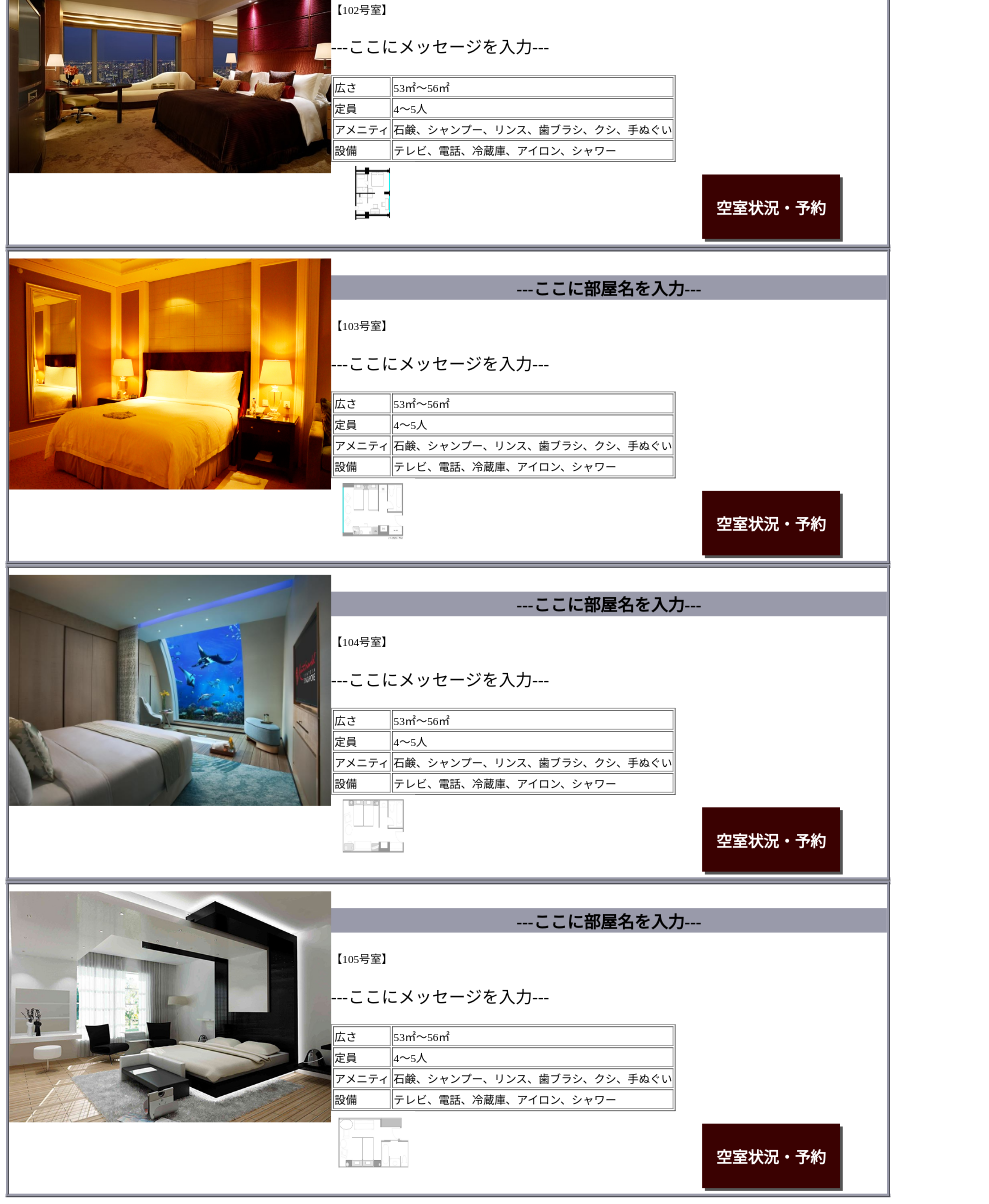
Repository: sep-dev/hotel_site
Page: http://localhost/HOTEL_IZUMI/vip
An editor plug-in stored every save of this project. The page is shown before and after the next save, followed by the edit.
The browser window is 1280 px wide. The page is 1413 px wide, so the pictures cover 1413 px, including what lies to the right of the window. The pictures show the part of the page from y = 645 to 2365 px (the page is 2478 px tall before and 2538 px after), at 70% of full size.
The page is served by Tomcat 9.

Above is the page before, as saved 2016-05-26 00:42:23.

After the next save:
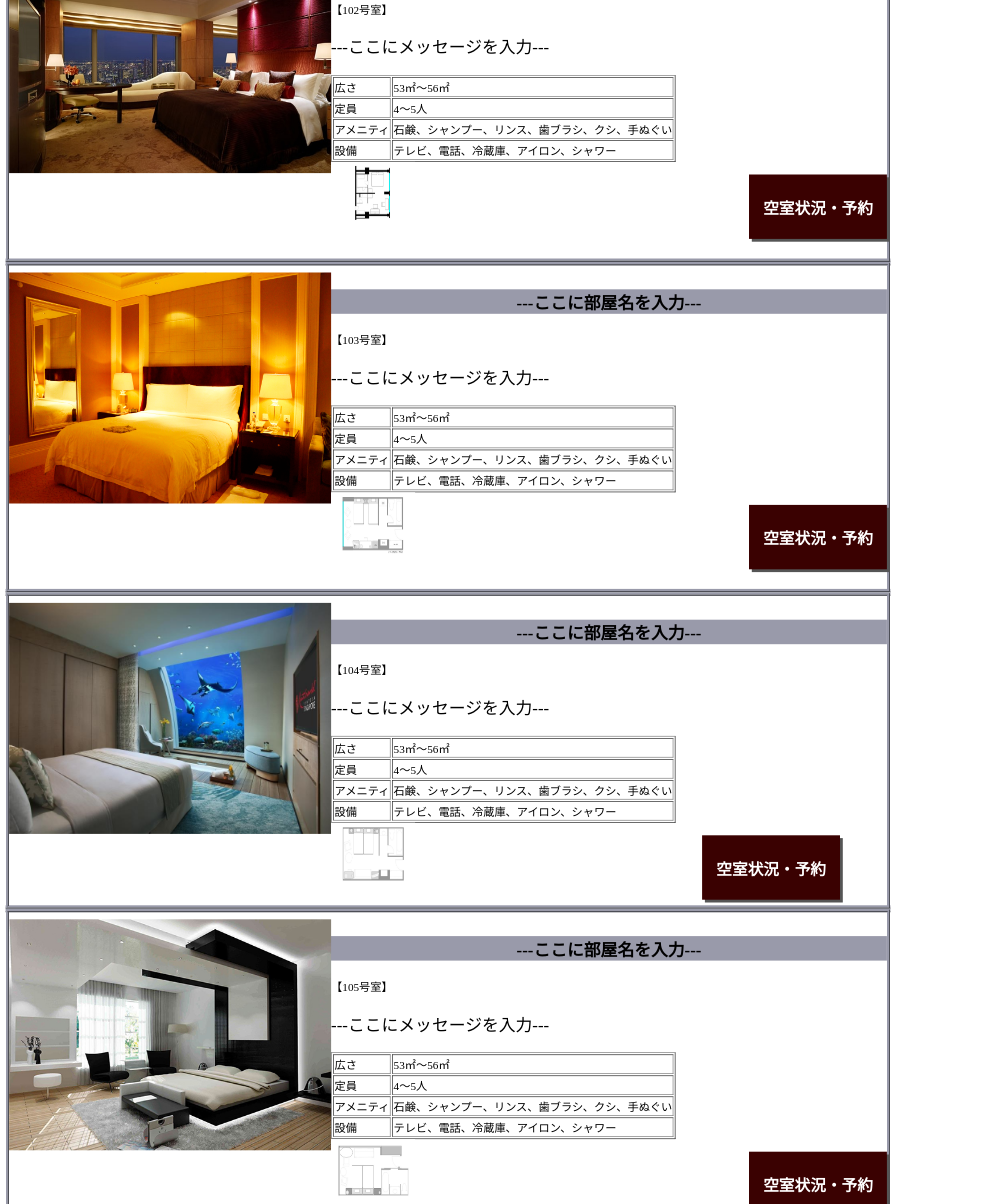
Saved 2 min 33 s later.
--- a/HOTEL_IZUMI/src/main/webapp/WEB-INF/views/vip.jsp
+++ b/HOTEL_IZUMI/src/main/webapp/WEB-INF/views/vip.jsp
@@ -81,9 +81,11 @@
     <td>テレビ、電話、冷蔵庫、アイロン、シャワー</td>
 </tr>
 </table>
+<div class="example">
 <img id="img" src="./resources/image/vip2_2.jpg" width="120px" height="90px" align="left">
+</div>
 <br>
-<button class="button2" type="submit" style="position: absolute; right: 80px;">空室状況・予約</button>
+<button class="button2" type="submit" >空室状況・予約</button>
 <br clear="all">
 <br>
 </div>
@@ -111,9 +113,11 @@
     <td>テレビ、電話、冷蔵庫、アイロン、シャワー</td>
 </tr>
 </table>
+<div class="example">
 <img id="img" src="./resources/image/vip3_3.jpg" width="120px" height="90px" align="left">
+</div>
 <br>
-<button class="button2" type="submit" style="position: absolute; right: 80px;">空室状況・予約</button>
+<button class="button2" type="submit">空室状況・予約</button>
 <br clear="all">
 <br>
 </div>
@@ -141,7 +145,9 @@
     <td>テレビ、電話、冷蔵庫、アイロン、シャワー</td>
 </tr>
 </table>
+<div class="example">
 <img id="img" src="./resources/image/vip4_4.jpg" width="120px" height="90px" align="left">
+</div>
 <br>
 <button class="button2" type="submit" style="position: absolute; right: 80px;">空室状況・予約</button>
 <br clear="all">
@@ -171,9 +177,11 @@
     <td>テレビ、電話、冷蔵庫、アイロン、シャワー</td>
 </tr>
 </table>
+<div class="example">
 <img id="img" src="./resources/image/vip5_5.jpg" width="120px" height="90px" align="left">
+</div>
 <br>
-<button class="button2" type="submit" style="position: absolute; right: 80px;">空室状況・予約</button>
+<button class="button2" type="submit" >空室状況・予約</button>
 <br clear="all">
 <br>
 </div>
